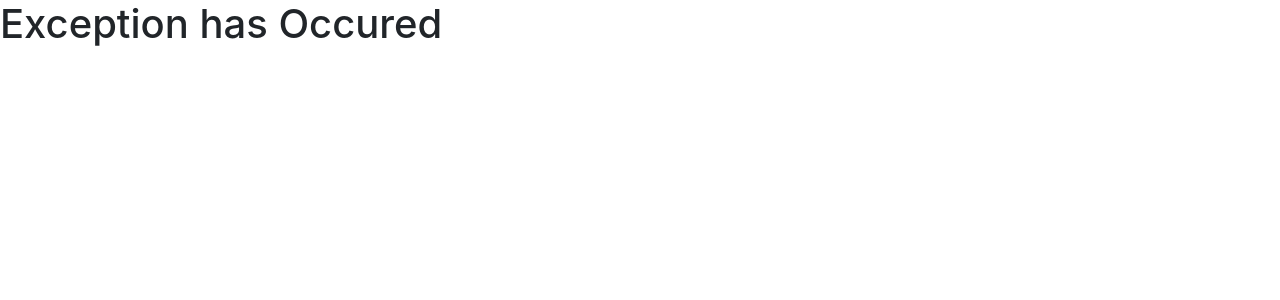
Repository: AQUIB7050/springProjects
Page: http://localhost/springmvcsearch/search
The author's editor kept a copy of each file at every save. The page is drawn from the files as they stood at one save, then again after a run of saves.
The browser window is 1280 px wide. The pictures show the whole page.
The page is served by Tomcat 9.

Above is the page before, as saved 2024-06-10 16:04:42.

After the next 2 saves:
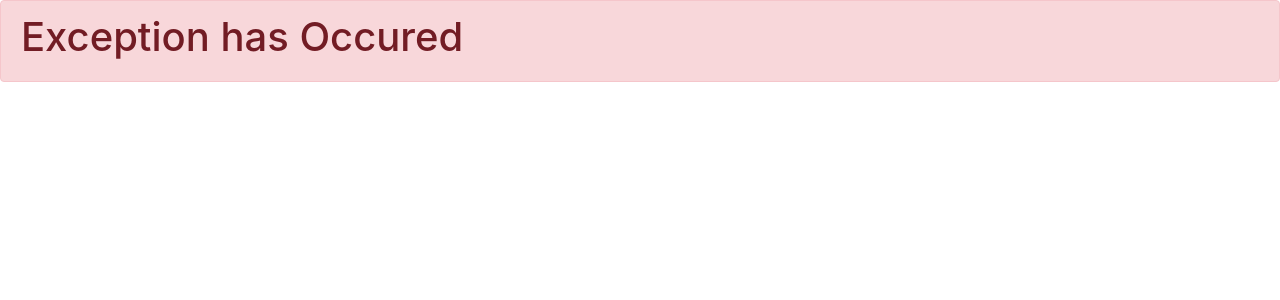
The 2 saves are shown as one change because they came seconds apart.
The last was saved 30 s later.
--- a/springmvcsearch/src/main/webapp/WEB-INF/views/null_page.jsp
+++ b/springmvcsearch/src/main/webapp/WEB-INF/views/null_page.jsp
@@ -16,7 +16,9 @@
 <title>Hello, world!</title>
 </head>
 <body>
-	<h1>${msg } </h1>
+	<div class="alert alert-danger" role="alert">
+		<h1>${msg }</h1>
+	</div>
 
 	<!-- Optional JavaScript; choose one of the two! -->
 
